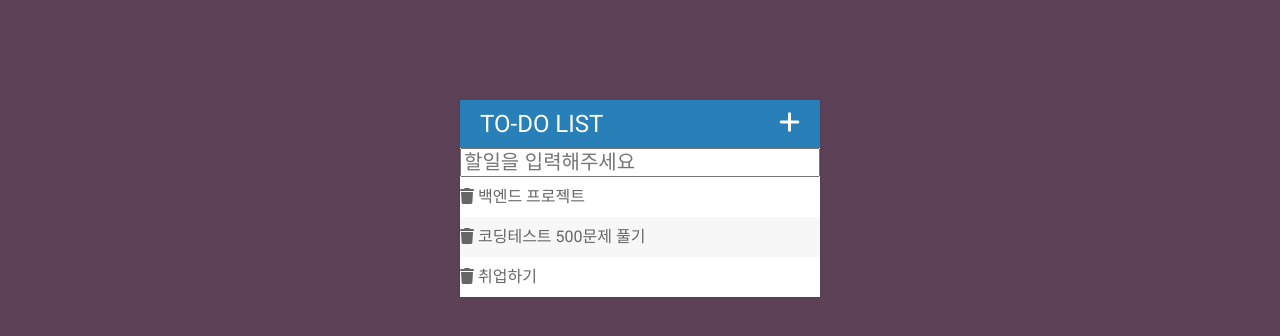
Repository: minsuk1/portfolio
Page: index2.html
The author's editor kept a copy of each file at every save. The page is drawn from the files as they stood at one save, then again after the next save.
The browser window is 1280 px wide. The pictures show the whole page.
Some web libraries are served in a nearby version.

Above is the page before, as saved 2021-01-01 14:49:11.

After the next save:
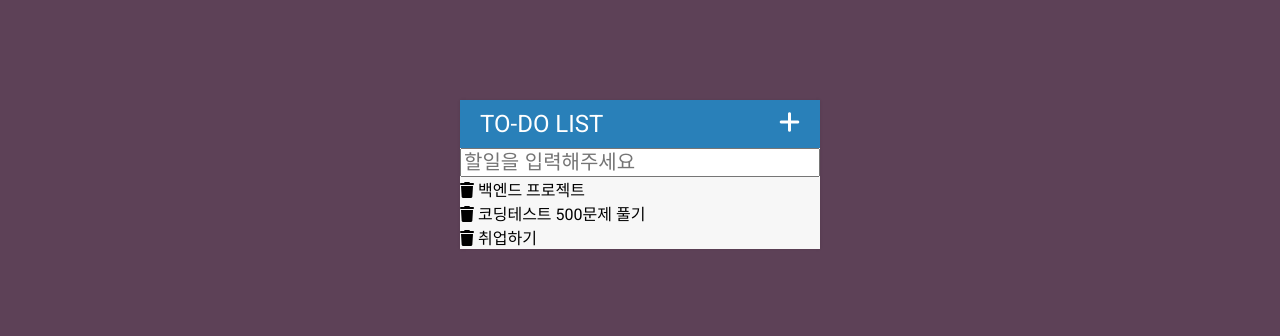
Saved 11 s later.
--- a/css/style2.css
+++ b/css/style2.css
@@ -18,12 +18,6 @@ ul {
     padding:0;
 }
 
-li {
-background-color : #fff;
-height: 40px;
-line-height:40px;
-color : #666;
-}
 
 li:nth-child(2n) {
 background-color:#f7f7f7;
